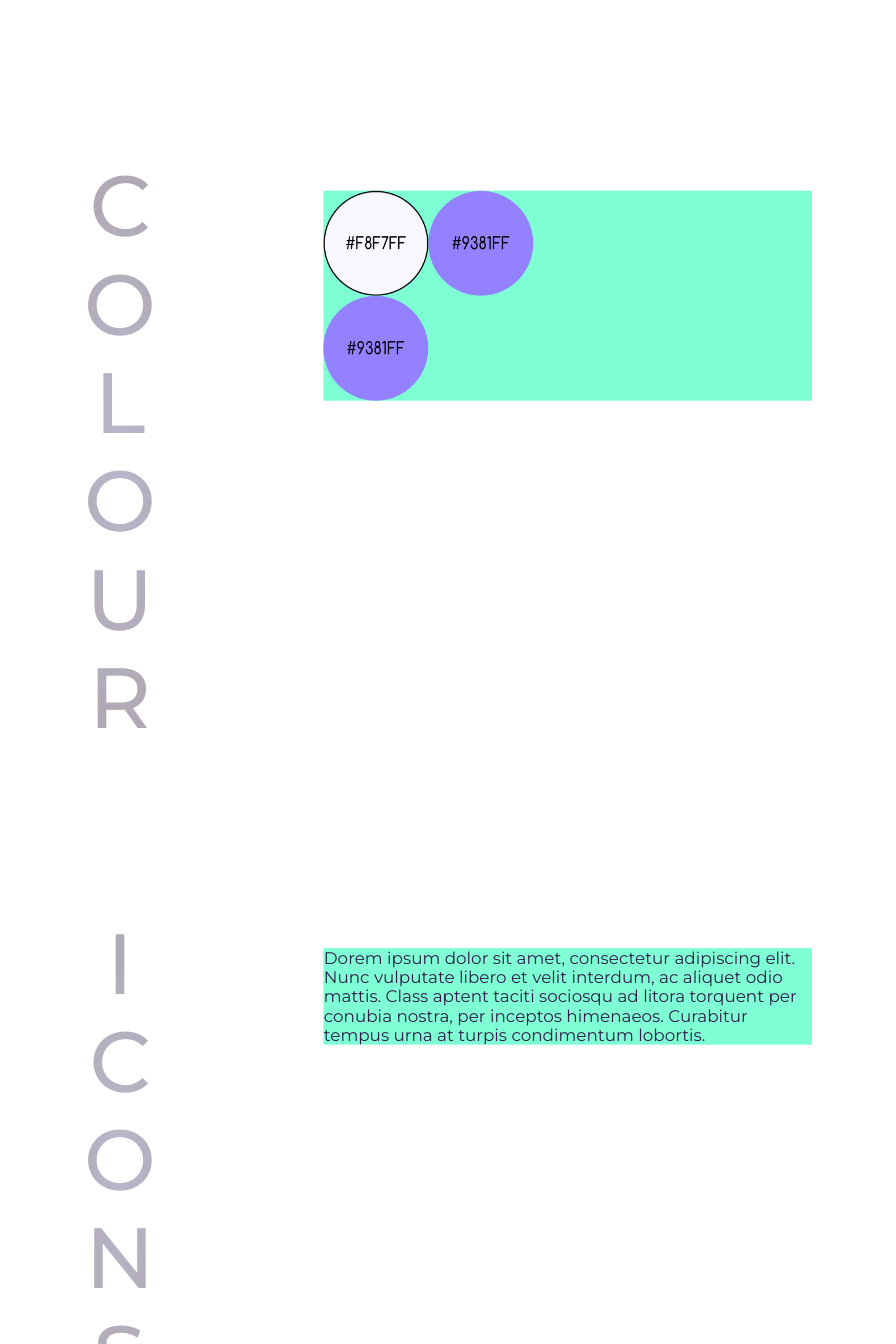
Repository: sierralaurent/Styleguide-Big_Project
Page: visuals.html
The author's editor kept a copy of each file at every save. The page is drawn from the files as they stood at one save, then again after the next save.
The browser window is 1280 px wide. The pictures show the part of the page from y = 838 to 2758 px (the page is 3164 px tall), at 70% of full size.
Some web fonts or font styles are not loaded; a fallback is used.

Above is the page before, as saved 2023-03-10 14:52:44.

After the next save:
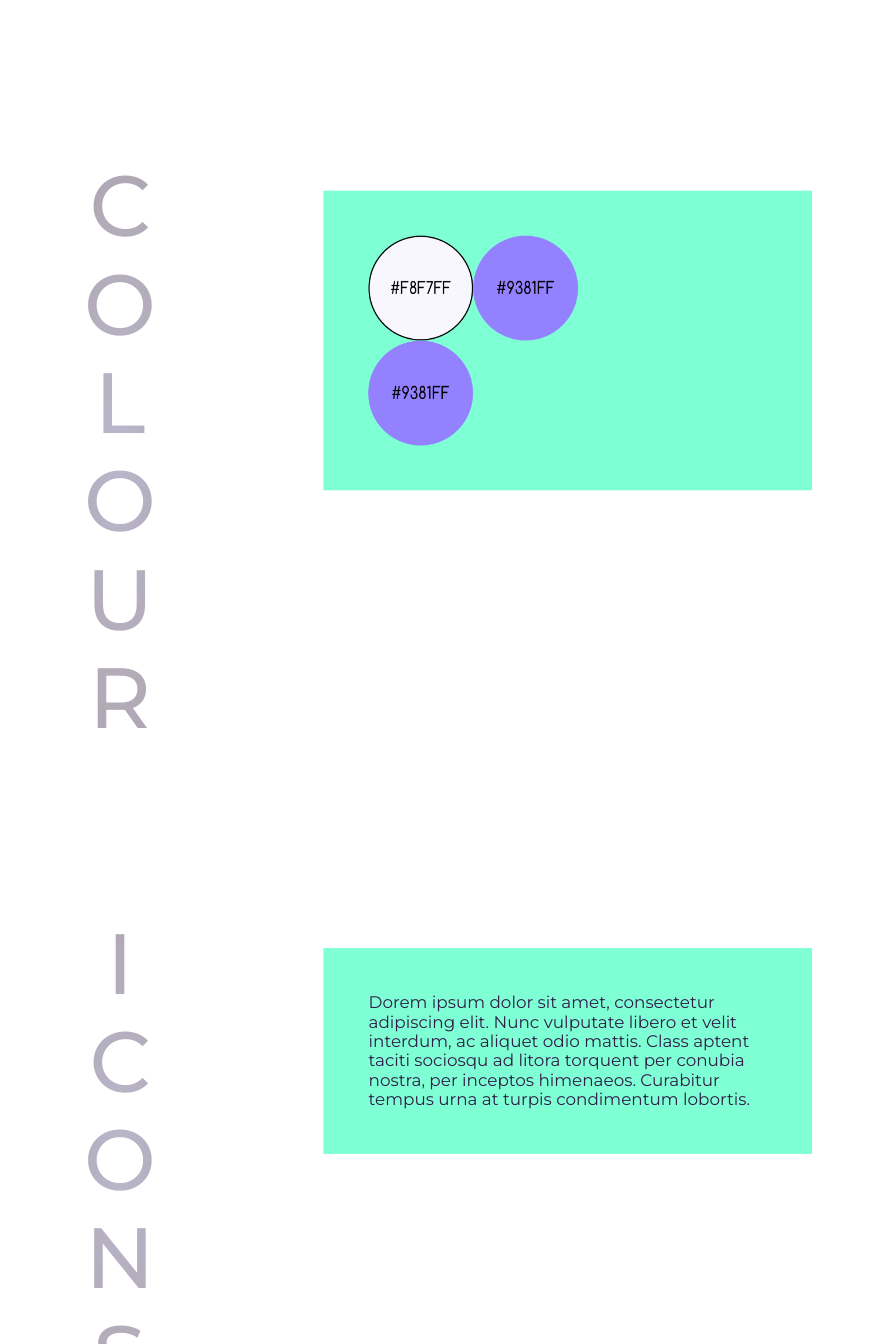
Saved 12 s later.
--- a/visuals.css
+++ b/visuals.css
@@ -120,6 +120,7 @@
     display: flex;
     flex-direction: row;
     row-gap: 5%;
+    padding: 5%;
     color: var(--dark-purple);
     background-color: aquamarine;
   }
